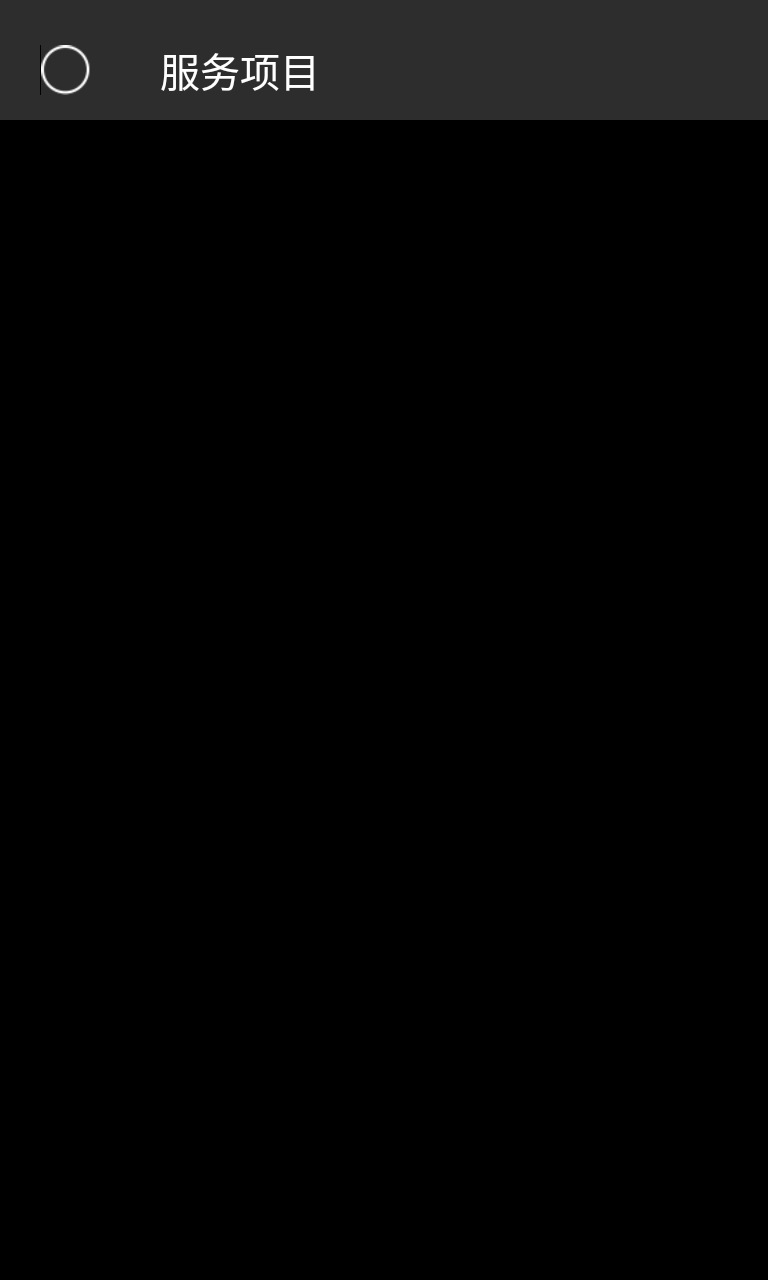
Repository: appleseedez/rongmeme-android
Layout: rmm/res/layout/star_small_item_custom.xml
These files come from the project's save history. The layout is drawn as it stood at one moment and after a run of saves; the edit follows.
It is drawn on a 768 x 1280 px phone screen (xhdpi) without system bars, with theme AppTheme; the app's code is not run.

Above is the layout before, as saved 2014-07-02 13:07:50.

After the next 2 saves:
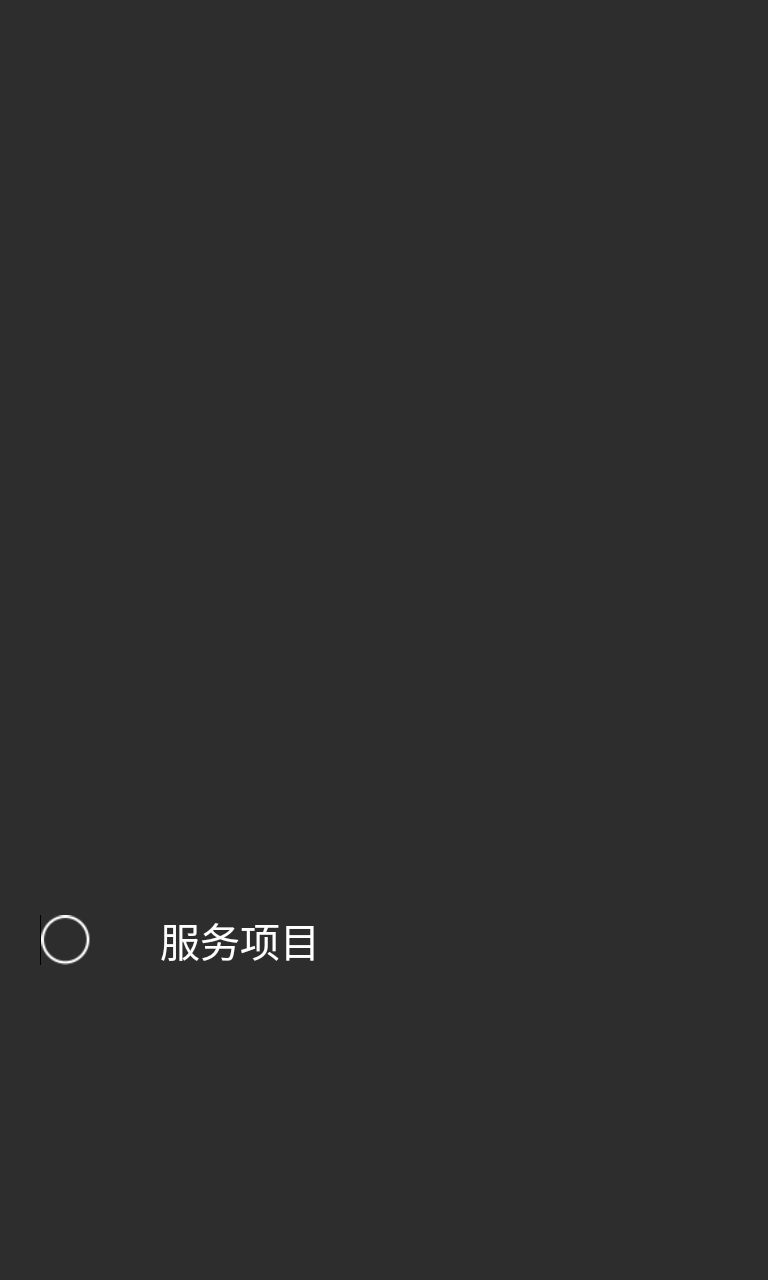
The 2 saves are shown as one change because 1 did not build or start.
The last was saved 21 s later.
--- a/rmm/res/layout/star_small_item_custom.xml
+++ b/rmm/res/layout/star_small_item_custom.xml
@@ -1,10 +1,7 @@
 <?xml version="1.0" encoding="utf-8"?>
-<LinearLayout xmlns:android="http://schemas.android.com/apk/res/android"
-    android:layout_width="match_parent"
-    android:layout_height="wrap_content"
-    android:orientation="horizontal" >
 
-    <RelativeLayout
+
+    <RelativeLayout xmlns:android="http://schemas.android.com/apk/res/android"
         android:id="@+id/ssi_top_navigation_bar"
         android:layout_width="fill_parent"
         android:layout_height="60dp"
@@ -40,5 +37,3 @@
             android:background="@null" >
         </View>
     </RelativeLayout>
-
-</LinearLayout>

After the save that followed:
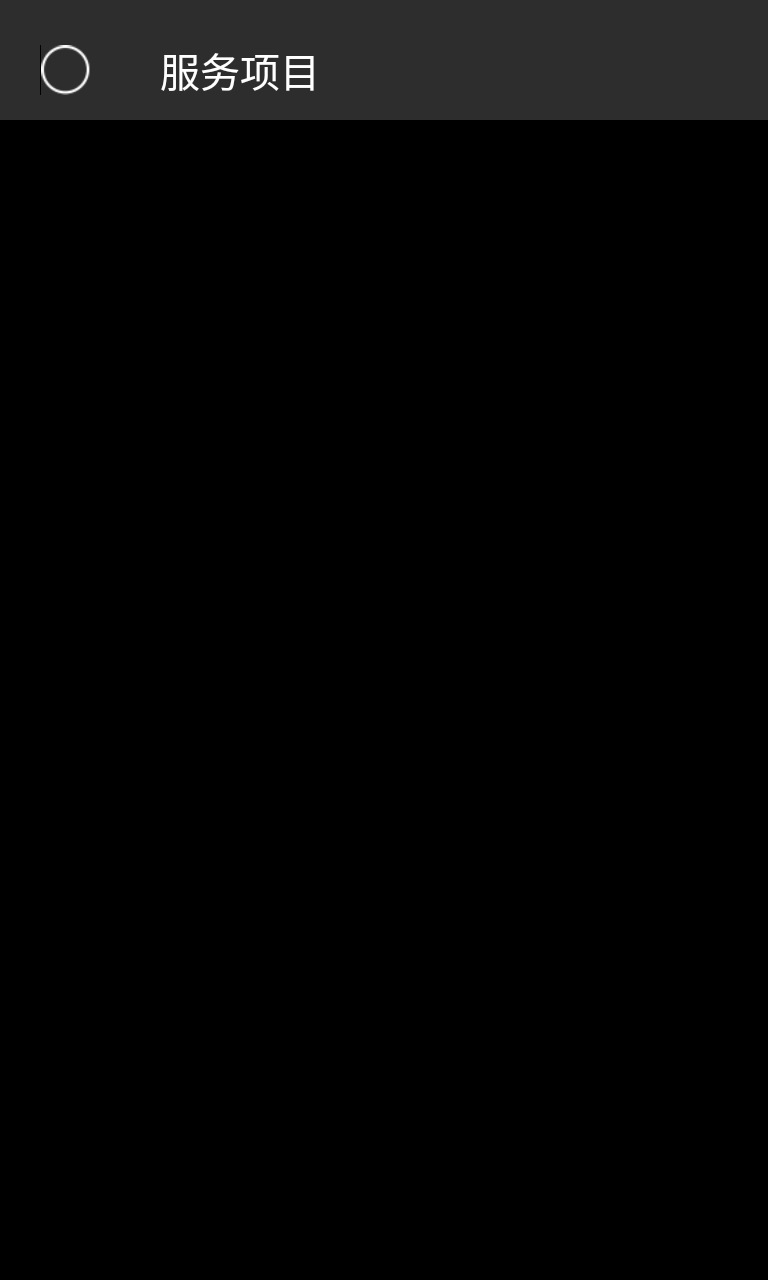
Saved 14 s later.
--- a/rmm/res/layout/star_small_item_custom.xml
+++ b/rmm/res/layout/star_small_item_custom.xml
@@ -1,7 +1,10 @@
 <?xml version="1.0" encoding="utf-8"?>
+<LinearLayout xmlns:android="http://schemas.android.com/apk/res/android"
+    android:layout_width="match_parent"
+    android:layout_height="wrap_content"
+    android:orientation="horizontal" >
 
-
-    <RelativeLayout xmlns:android="http://schemas.android.com/apk/res/android"
+    <RelativeLayout
         android:id="@+id/ssi_top_navigation_bar"
         android:layout_width="fill_parent"
         android:layout_height="60dp"
@@ -37,3 +40,5 @@
             android:background="@null" >
         </View>
     </RelativeLayout>
+
+</LinearLayout>
